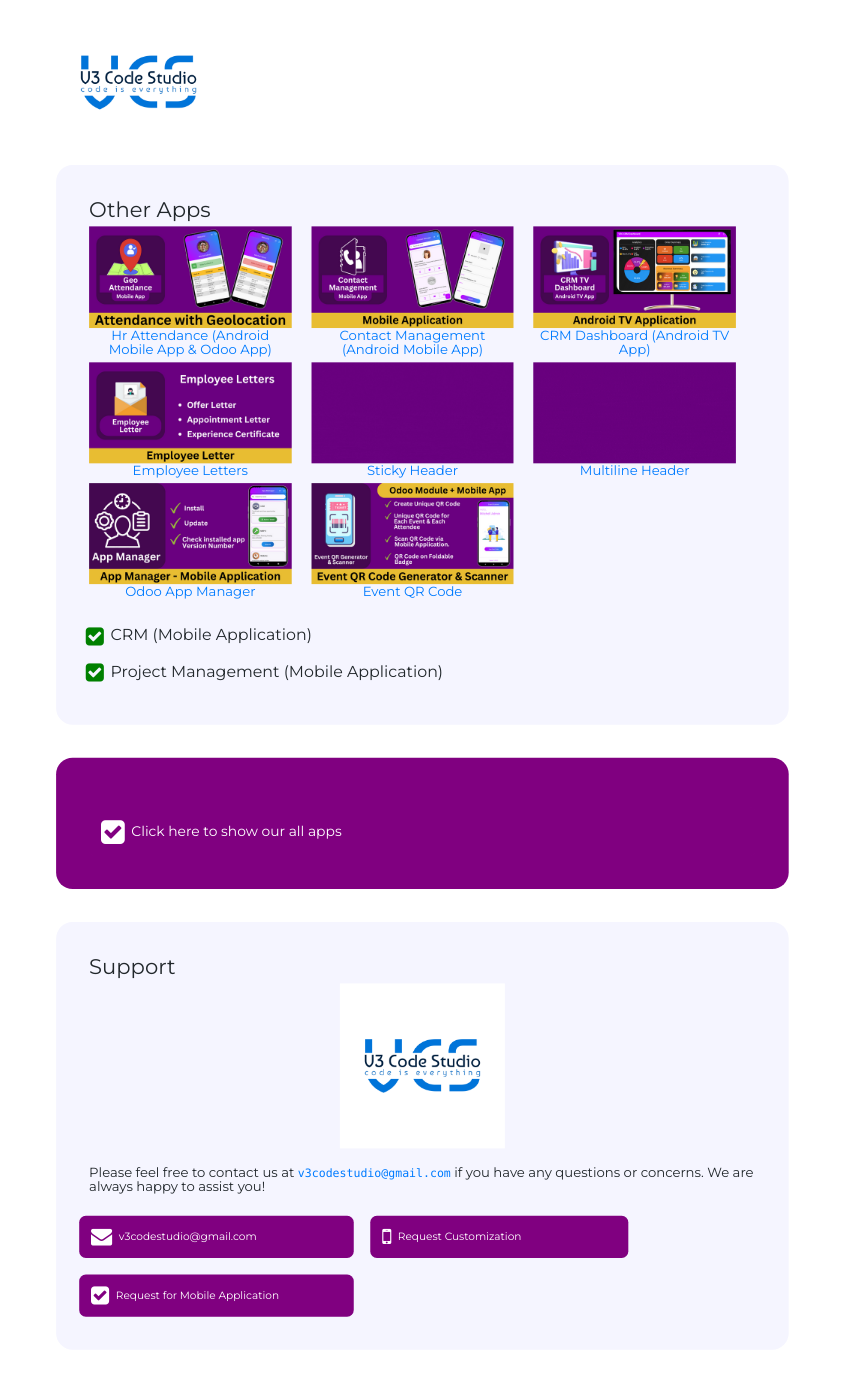
Repository: VivekVithlani/odoo_apps_list
Page: index.html
An editor plug-in stored every save of this project. The page is shown before and after the next save, followed by the edit.
The browser window is 1280 px wide. The pictures show the whole page, at 66% of full size.

Above is the page before, as saved 2023-12-14 15:27:53.

### index.html
<?xml version="1.0" encoding="utf-8" ?>
<!DOCTYPE html PUBLIC "-//W3C//DTD XHTML 1.0 Transitional//EN" "http://www.w3.org/TR/xhtml1/DTD/xhtml1-transitional.dtd">
<html xmlns="http://www.w3.org/1999/xhtml" xml:lang="en" lang="en">
  <head>
    <meta charset="utf-8" />
    <meta http-equiv="X-UA-Compatible" content="IE=edge" />
    <title>Document</title>
    <meta name="viewport" content="width=device-width, initial-scale=1" />
    <link
      rel="stylesheet"
      href="https://stackpath.bootstrapcdn.com/bootstrap/4.3.1/css/bootstrap.min.css"
    />
    <link
      href="https://fonts.googleapis.com/css?family=Montserrat"
      rel="stylesheet"
    />
    <link
      href="https://stackpath.bootstrapcdn.com/font-awesome/4.7.0/css/font-awesome.min.css"
      rel="stylesheet"
      integrity="sha384-wvfXpqpZZVQGK6TAh5PVlGOfQNHSoD2xbE+QkPxCAFlNEevoEH3Sl0sibVcOQVnN"
      crossorigin="anonymous"
    />
  </head>
  <!-- odoo description page css -->
  <style>
    h1,
    h2,
    h3,
    h4,
    h5,
    h6,
    .h1,
    .h2,
    .h3,
    .h4,
    .h5,
    .h6 {
      font-family: "Montserrat", sans-serif;
      font-weight: 400;
      line-height: 1.1;
      color: #21272b;
    }

    ul {
      color: #222020;
    }

    * {
      font-family: "Montserrat", sans-serif;
    }

    .sb-faq-container .panel .panel-heading a:before {
      content: "\f056";
      font-family: "FontAwesome";
      position: absolute;
      top: 7px;
      left: 5px;
      bottom: auto;
      right: auto;
      color: #3b3b98;
    }

    .sb-faq-container .panel .panel-heading a.collapsed:before {
      content: "\f055";
      font-family: "FontAwesome";
      position: absolute;
      top: 7px;
      left: 5px;
      bottom: auto;
      right: auto;
      color: #3b3b98;
    }
  </style>

  <body>
    <div class="container">
      <div
        style="
          margin: 0px;
          width: 100%;
          align-items: center;
          align-self: center;
        "
      >
        <img
          style="align-self: center; height: 250px"
          src="./vcs_icon.png"
          alt="Icon"
          class="inline"
          loading="lazy"
        />
      </div>

      <!-- Other Apps -->
      <div
        style="
          padding: 50px;
          margin-bottom: 50px;
          background: #f5f5ff;
          border-radius: 25px;
        "
      >
        <h2>Other Apps</h2>

        <div class="row" style="width: 100%">
          <!-- Attendance -->
          <div class="col-lg-4 pt16 pb16">
            <div>
              <img
                style="align-self: center; width: 100%; height: auto"
                src="./AppsBanner/attendance_mobile_app.png"
                alt="ServerDetails"
                class="inline"
                loading="lazy"
              />
            </div>
            <div>
              <h5 style="text-align: center">
                <a
                  href="https://apps.odoo.com/apps/modules/16.0/v3c_hr_attendance"
                  >Hr Attendance (Android Mobile App & Odoo App)</a
                >
              </h5>
            </div>
          </div>
          <!-- Attendance End -->

          <!-- Contact Management -->
          <div class="col-lg-4 pt16 pb16">
            <!-- <div class="col-lg-4 pt16 pb16"> -->
            <div>
              <img
                style="align-self: center; width: 100%; height: auto"
                src="./AppsBanner/contact_manager_android_app.png"
                alt="ServerDetails"
                class="inline"
                loading="lazy"
              />
            </div>
            <div>
              <h5 style="text-align: center">
                <a
                  href="https://apps.odoo.com/apps/modules/16.0/v3c_contact_management/"
                  >Contact Management (Android Mobile App)</a
                >
              </h5>
            </div>
          </div>
          <!-- Contact Management End -->

          <!-- CRM Start -->
          <div class="col-lg-4 pt16 pb16">
            <div>
              <img
                style="align-self: center; width: 100%; height: auto"
                src="./AppsBanner/crm_dashboard_tv_app.png"
                alt="ServerDetails"
                class="inline"
                loading="lazy"
              />
            </div>
            <div>
              <h5 style="text-align: center">
                <a
                  href="https://apps.odoo.com/apps/modules/16.0/v3c_crm_dashboard/"
                  >CRM Dashboard (Android TV App)</a
                >
              </h5>
            </div>
          </div>
          <!-- CRM End -->

          <!-- Employee Letters Start -->
          <div class="col-lg-4 pt16 pb16">
            <div>
              <img
                style="align-self: center; width: 100%; height: auto"
                src="./AppsBanner/employee_letter_app.png"
                alt="ServerDetails"
                class="inline"
                loading="lazy"
              />
            </div>
            <div>
              <h5 style="text-align: center">
                <a
                  href="https://apps.odoo.com/apps/modules/15.0/v3c_employee_letters/"
                  >Employee Letters</a
                >
              </h5>
            </div>
          </div>
          <!-- Employee Letters End -->

          <!-- Sticky Header Start -->
          <div class="col-lg-4 pt16 pb16">
            <div>
              <img
                style="align-self: center; width: 100%; height: auto"
                src="./AppsBanner/stickey_headers_app.gif"
                alt="ServerDetails"
                class="inline"
                loading="lazy"
              />
            </div>

            <div>
              <h5 style="text-align: center">
                <a
                  href="https://apps.odoo.com/apps/modules/16.0/v3c_sticky_header/"
                  >Sticky Header</a
                >
              </h5>
            </div>
          </div>
          <!-- Sticky Header End -->

          <!-- Multiline Header Start-->
          <div class="col-lg-4 pt16 pb16">
            <div>
              <img
                style="align-self: center; width: 100%; height: auto"
                src="./AppsBanner/multiline_header.gif"
                alt="ServerDetails"
                class="inline"
                loading="lazy"
              />
            </div>

            <div>
              <h5 style="text-align: center">
                <a
                  href="https://apps.odoo.com/apps/modules/15.0/v3c_table_header_multiline/"
                  >Multiline Header</a
                >
              </h5>
            </div>
          </div>
          <!-- Multiline Header End-->

          <!-- Odoo App Manager Start -->
          <div class="col-lg-4 pt16 pb16">
            <div>
              <img
                style="align-self: center; width: 100%; height: auto"
                src="./AppsBanner/AppManager.png"
                alt="ServerDetails"
                class="inline"
                loading="lazy"
              />
            </div>

            <div>
              <h5 style="text-align: center">
                <a
                  href="https://apps.odoo.com/apps/modules/16.0/app_manager_module/"
                  >Odoo App Manager</a
                >
              </h5>
            </div>
          </div>
          <!-- Odoo App Manager End -->

          <!-- Event QR Code Start -->
          <div class="col-lg-4 pt16 pb16">
            <div>
              <img
                style="align-self: center; width: 100%; height: auto"
                src="./AppsBanner/event_qr_code.png"
                alt="ServerDetails"
                class="inline"
                loading="lazy"
              />
            </div>

            <!-- Event QR Code -->
            <div>
              <h5 style="text-align: center">
                <a
                  href="https://apps.odoo.com/apps/modules/16.0/odoo_event_qrcode/"
                  >Event QR Code</a
                >
              </h5>
            </div>
          </div>
          <!-- Event QR Code End -->
        </div>

        <div class="row" style="width: 100%">
          <div class="col-lg-4 pt16 pb16"></div>
        </div>
        <br />

        <!-- CRM Mobile App -->
        <div class="row" style="padding: 10px">
          <i
            class="fa fa-check-square fa-2x"
            style="color: green; padding-right: 10px"
            aria-hidden="true"
          ></i>
          <h4>CRM (Mobile Application)</h4>
        </div>

        <!-- Project Management Mobile App -->
        <div class="row" style="padding: 10px">
          <i
            class="fa fa-check-square fa-2x"
            style="color: green; padding-right: 10px"
            aria-hidden="true"
          ></i>
          <h4>Project Management (Mobile Application)</h4>
        </div>
      </div>
      <!-- Other Apps End-->

      <div
        style="
          padding: 50px;
          margin-bottom: 50px;
          background-color: purple;
          border-radius: 25px;
          color: white;
        "
      >
        <a
          style="
            align-self: center;
            text-align: center;
            border-radius: 10px;
            background-color: purple;
            color: white;
            margin-top: 25px;
            font-size: 21px;
          "
          class="d-flex align-items-center px-2 py-3"
          href="https://apps.odoo.com/apps/browse?repo_maintainer_id=509726"
        >
          <i
            class="fa fa-check-square fa-2x"
            style="margin-right: 10px; margin-left: 10px"
            aria-hidden="true"
          ></i>
          Click here to show our all apps
        </a>
        <!--
        <a
          style="
            align-self: center;
            text-align: center;
            border-radius: 10px;
            color: white;
            margin-top: 25px;
          "
          class="d-flex align-items-center px-2 py-3"
          href="https://apps.odoo.com/apps/browse?repo_maintainer_id=509726"
        >
          <h2>Click here to show all apps list</h2>
        </a> -->
      </div>

      <div
        style="
          padding: 50px;
          margin-bottom: 50px;
          background: #f5f5ff;
          border-radius: 25px;
        "
      >
        <h2>Support</h2>
        <div style="align-items: center; text-align: center">
          <img
            style="align-self: center; height: 250px"
            src="./vcs_icon.png"
            alt="ServerDetails"
            class="inline"
            loading="lazy"
          />
        </div>

        <div style="margin-top: 25px; align-self: center">
          <h5>
            Please feel free to contact us at
            <a href="mailto:v3codestudio@gmail.com?subject=Me&body=Hello!"
              ><code>v3codestudio@gmail.com</code></a
            >
            if you have any questions or concerns. We are always happy to assist
            you!
          </h5>

          <div class="row">
            <div style="width: 40%">
              <a
                style="
                  align-self: center;
                  text-align: center;
                  border-radius: 10px;
                  background-color: purple;
                  color: white;
                  margin-top: 25px;
                "
                class="d-flex align-items-center px-2 py-3"
                href="mailto:v3codestudio@gmail?subject=Me&body=Hello!"
              >
                <i
                  class="fa fa-envelope fa-2x"
                  style="margin-right: 10px; margin-left: 10px"
                  aria-hidden="true"
                ></i>
                v3codestudio@gmail.com
              </a>
            </div>

            <div style="width: 40%">
              <a
                style="
                  align-self: center;
                  text-align: center;
                  border-radius: 10px;
                  background-color: purple;
                  color: white;
                  margin-top: 25px;
                  margin-left: 25px;
                "
                class="d-flex align-items-center px-2 py-3"
                href="mailto:v3codestudio@gmail?subject=Request Customization&body=Hello!"
              >
                <i
                  class="fa fa-mobile fa-2x"
                  style="margin-right: 10px; margin-left: 10px"
                  aria-hidden="true"
                ></i>
                Request Customization
              </a>
            </div>

            <div style="width: 40%">
              <a
                style="
                  align-self: center;
                  text-align: center;
                  border-radius: 10px;
                  background-color: purple;
                  color: white;
                  margin-top: 25px;
                "
                class="d-flex align-items-center px-2 py-3"
                href="mailto:v3codestudio@gmail?subject=Request for Mobile Application&body=Hello!"
              >
                <i
                  class="fa fa-check-square fa-2x"
                  style="margin-right: 10px; margin-left: 10px"
                  aria-hidden="true"
                ></i>
                Request for Mobile Application
              </a>
            </div>
          </div>
        </div>
      </div>

      <hr class="rounded" />
    </div>
  </body>
</html>

After the next save:
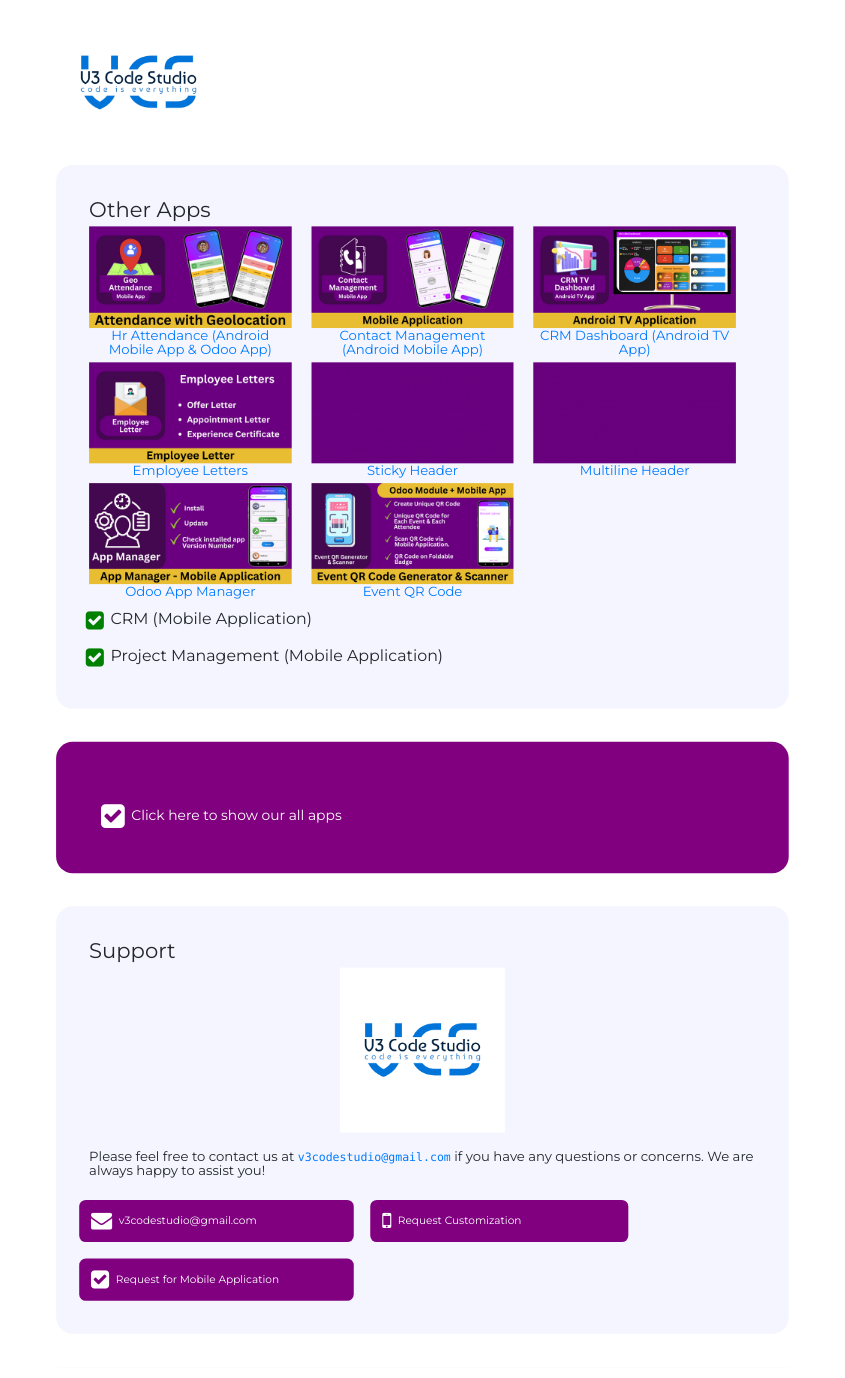
Saved 14 s later.
--- a/index.html
+++ b/index.html
@@ -285,11 +285,6 @@
           </div>
           <!-- Event QR Code End -->
         </div>
-
-        <div class="row" style="width: 100%">
-          <div class="col-lg-4 pt16 pb16"></div>
-        </div>
-        <br />
 
         <!-- CRM Mobile App -->
         <div class="row" style="padding: 10px">
